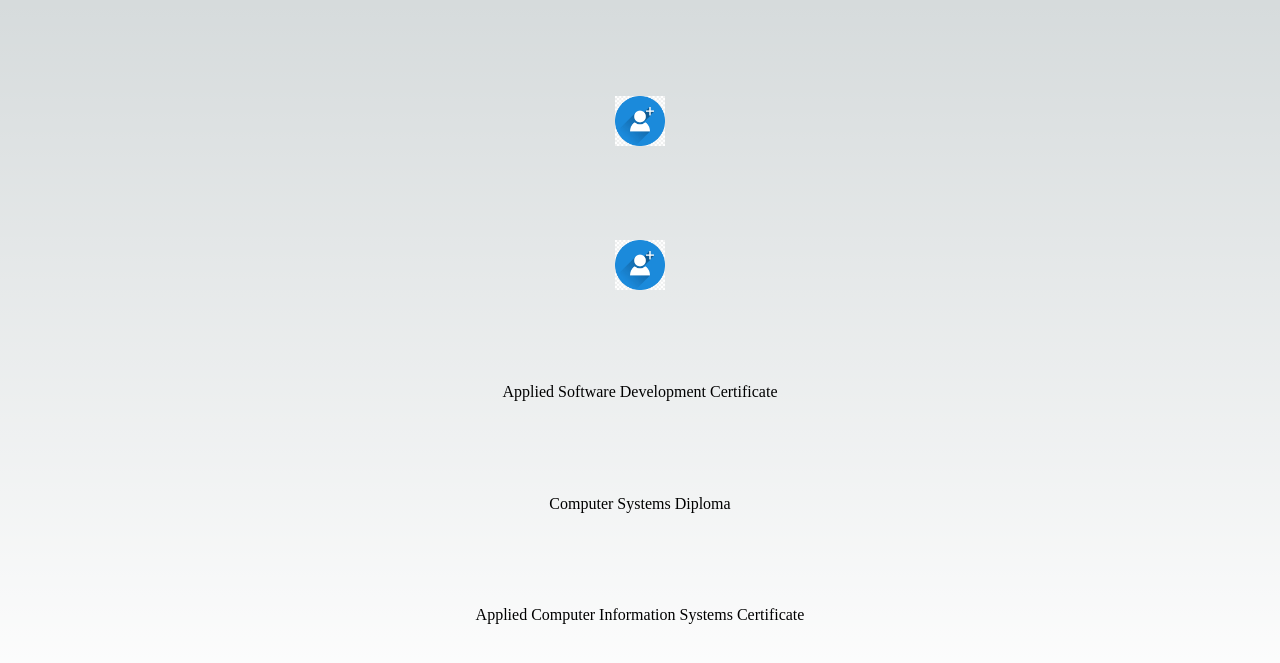
Repository: giovanabirck/mdia2109-class03
Page: / (app in example.map/)
The author's editor kept a copy of each file at every save. The page is drawn from the files as they stood at one save, then again after a run of saves.
The browser window is 1280 px wide. The pictures show the whole page.
The project was rebuilt for these pictures with package versions that can differ from the ones it lists, and the page was loaded fresh each time. The framework's server and built-in components were replaced by stand-ins that run in the browser. Also part of the build but not shown: example.map/next.config.js.

Above is the page before, as saved 2023-01-19 14:58:49.

After the next 2 saves:
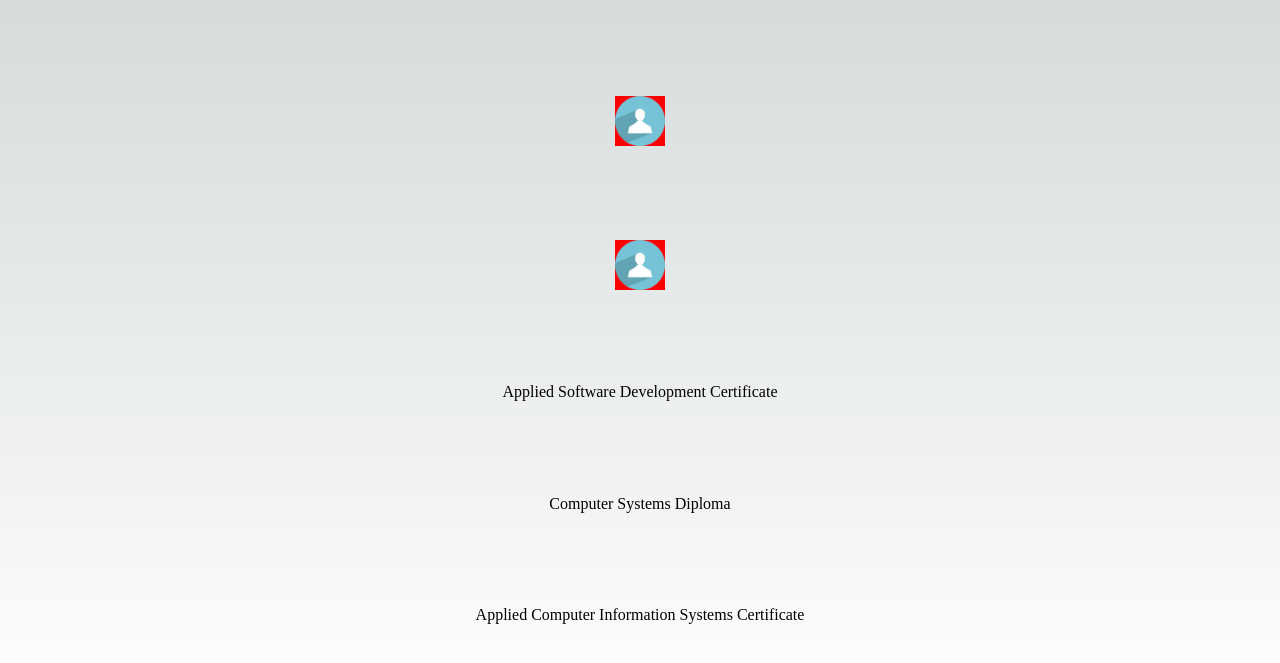
The 2 saves are shown as one change because 1 did not build or start.
The last was saved 7 s later.
--- a/example.map/pages/index.js
+++ b/example.map/pages/index.js
@@ -28,7 +28,7 @@ export default function Home() {
           information && information.map((info, index) => {
             if(info.department.toLowerCase() === "business") {
               return(
-                <Card key={index} degree={info.degree}/>
+                <Card key={index} degree={info.degree} color="red"/>
               )
             }
           })
